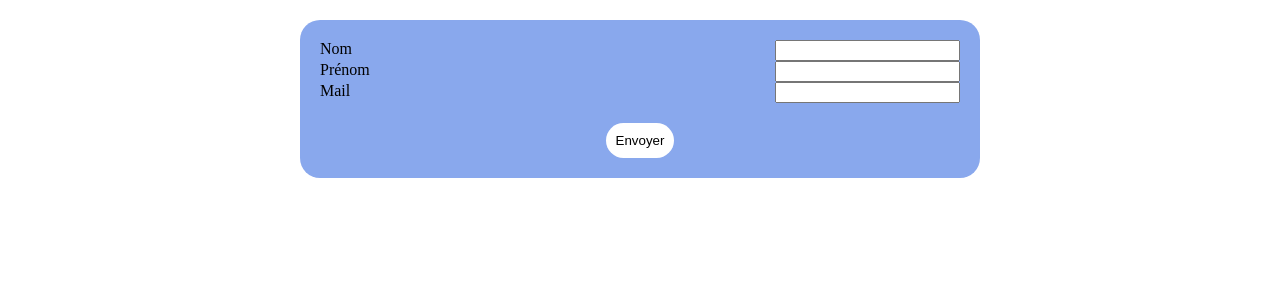
Repository: Nietsab/tp_PHP
Page: http://localhost/
These files come from the project's save history. The page is drawn as it stood at one moment and after a run of saves; the edit follows.
The browser window is 1280 px wide. The pictures show the whole page.
The page is run by PHP 8.4 with error messages shown; the project is at /var/www/html/.

Above is the page before, as saved 2022-04-06 16:47:02.

### index.php
<?php
    error_reporting(E_ERROR | E_PARSE);

    $nom = $_POST["nom"];
    $prenom = $_POST["prenom"];
    $mail = $_POST["mail"];
    $experience = $_POST["experience"];
    $diplome = $_POST["diplome"];

    $servername = "localhost:8889";
    $username = "root";
    $password = "root";
    $database = "test";

    // Create connection
    $conn = new mysqli($servername, $username, $password, $database);

    // Check connection
    if ($conn->connect_error) {
    die("Connection failed: " . $conn->connect_error);
    }
    //echo "Connected successfully";
    if(!is_null($nom) && !is_null($prenom) && !is_null($mail) && !is_null($experience) && !is_null($diplome)){
        $sql = "INSERT INTO information (nom, prenom, mail, experience, diplome) VALUES ('".$nom."','".$prenom."','".$mail."', '".$experience."','".$diplome."')";
        if ($conn->query($sql) === TRUE) {
            require('fpdf.php');
            $pdf = new FPDF();
            $pdf->AddPage();
            $pdf->SetFont('Arial','B',11);
            $pdf->Image('background.jpg',30,6,150);
            $pdf->Ln(3);
            $pdf->Cell(90);
            $pdf->Cell(1,20,'Nom:'.$nom);
            $pdf->Ln(1);
            $pdf->Cell(90);
            $pdf->Cell(1,30,'Prenom:'.$prenom);
            $pdf->Ln(1);
            $pdf->Cell(90);
            $pdf->Cell(1,40,'Mail:'.$mail);
            $pdf->Ln(32);
            $pdf->Cell(75);
            $pdf->Cell(1,50,$experience);
            $pdf->Ln(36);
            $pdf->Cell(75);
            $pdf->Cell(1,60,'Diplomes:'.$diplome);
            $pdf->Output();
            //echo "New record created successfully";
        } else {
            echo "Error: " . $sql . "<br>" . $conn->error;
        }
    }
?>
<!DOCTYPE html>
<html>
<head>
    <style>
        body{
            margin:0;
            padding:0;
        }
        form {
            background-color: #89a8ed;
            padding: 20px;
            width: 50%;
            margin: auto;
            display: flex;
            flex-direction: column;
            align-items: center;
            border-radius: 20px;
            margin-top: 20px;
        }
        form div{
            display: flex;
            justify-content: space-between;
            width: 100%;
        }
        button{
            margin-top: 20px;
            padding: 10px;
            background-color: white;
            border: none;
            border-radius:50px;
            transition:0.2s;
        }
        button:hover{
            transform: scale(1.1) rotate(180deg);
        }
        input{
            transition:0.2s;
        }
        input:focus{
            transform: rotate(180deg);
        }
    </style>
</head>
<body>
<form action="./index.php" method="post">
    <div><label>Nom</label><input name="experiencePro"></div>
    <div><label>Prénom</label><input name="prenom"></div>
    <div><label>Mail</label><input name="mail"></div>
    <button>Envoyer</button>
</form>
</body>
</html>

After the next 3 saves:
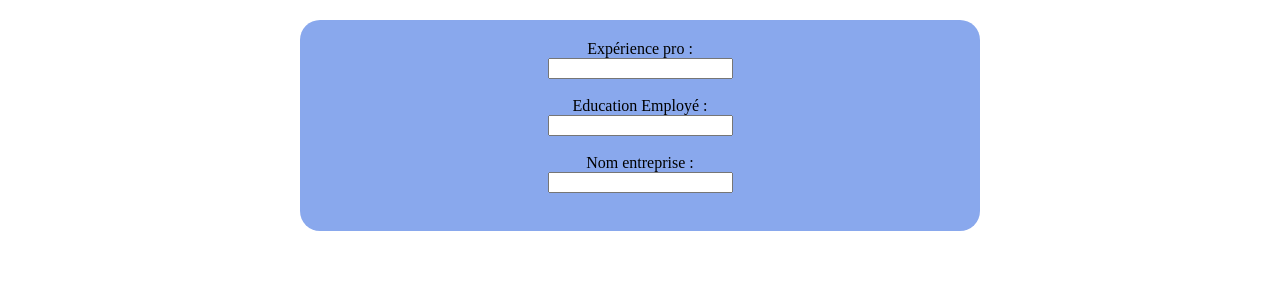
The 3 saves are shown as one change because they came seconds apart.
The last was saved 16 s later.
--- a/index.php
+++ b/index.php
@@ -95,10 +95,9 @@
 </head>
 <body>
 <form action="./index.php" method="post">
-    <div><label>Nom</label><input name="experiencePro"></div>
-    <div><label>Prénom</label><input name="prenom"></div>
-    <div><label>Mail</label><input name="mail"></div>
-    <button>Envoyer</button>
+Expérience pro : <input type="text" name="experiencePro"/><br>
+Education Employé : <input type="text" name="educationEmp"/><br>
+        Nom entreprise : <input type="text" name="NomEntreprise"/><br>
 </form>
 </body>
 </html>
